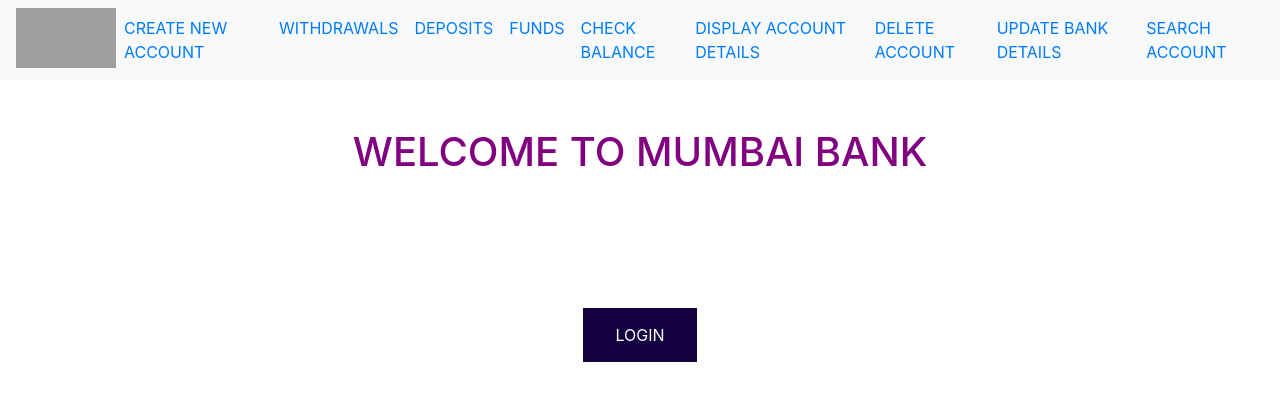
Repository: tumsare400/Adv-Java-Workspace
Page: http://localhost/bank-mvc/WEB-INF/jsp/index.jsp
The author's editor kept a copy of each file at every save. The page is drawn from the files as they stood at one save, then again after the next save.
The browser window is 1280 px wide. The pictures show the whole page.
Pictures or frames that could not be fetched are drawn as grey boxes. The page is served by Tomcat 9. Nobody is signed in. Other server files are loaded and not shown. The template is opened directly, without the code that normally fills it, so the values that code supplies are empty.

Above is the page before, as saved 2019-04-15 11:06:37.

### SpringMVC/bank-mvc/WebContent/WEB-INF/jsp/index.jsp
<%@ page language="java" contentType="text/html; charset=ISO-8859-1"
    pageEncoding="ISO-8859-1"%>
<!DOCTYPE html>
<html lang="en">
<head>
<title>HOME PAGE</title>
<meta charset="utf-8">
<meta name="viewport" content="width=device-width, initial-scale=1">
<link rel="stylesheet"
	href="https://maxcdn.bootstrapcdn.com/bootstrap/4.3.1/css/bootstrap.min.css">
<script
	src="https://ajax.googleapis.com/ajax/libs/jquery/3.3.1/jquery.min.js"></script>
<script
	src="https://cdnjs.cloudflare.com/ajax/libs/popper.js/1.14.7/umd/popper.min.js"></script>
<script
	src="https://maxcdn.bootstrapcdn.com/bootstrap/4.3.1/js/bootstrap.min.js"></script>
<style>
.button {
	background-color: rgb(21, 2, 65);
	border: none;
	color: white;
	padding: 15px 32px;
	text-align: center;
	text-decoration: none;
	display: inline-block;
	font-size: 16px;
	margin: 4px 2px;
	cursor: pointer;
}
</style>
</head>
<body>



	<div class="container"></div>
	<nav class="navbar navbar-expand-sm bg-light">

		<!-- Links -->


		<ul class="navbar-nav">
			<li class="nav-item"><img src="images/logo.jpg" width="100"
				height="60"></li>
			<li class="nav-item"><a class="nav-link" href="/spring-bankapp-mvc/app/bank/new_account">CREATE
					NEW ACCOUNT</a></li>
			<li class="nav-item"><a class="nav-link" href="/spring-bankapp-mvc/app/bank/withdrawPage">WITHDRAWALS</a>
			</li>
			<li class="nav-item"><a class="nav-link" href="/spring-bankapp-mvc/app/bank/depositPage">DEPOSITS</a>
			</li>
			<li class="nav-item"><a class="nav-link" href="/spring-bankapp-mvc/app/bank/fundsPage">FUNDS</a>
			</li>
			<li class="nav-item"><a class="nav-link" href="/spring-bankapp-mvc/app/bank/cbPage">CHECK
					BALANCE</a></li>
			<li class="nav-item"><a class="nav-link" href="/spring-bankapp-mvc/app/bank/dadPage">DISPLAY
					ACCOUNT DETAILS</a></li>
			<li class="nav-item"><a class="nav-link" href="/spring-bankapp-mvc/app/bank/deletePage">DELETE
					ACCOUNT</a></li>
			<li class="nav-item"><a class="nav-link" href="/spring-bankapp-mvc/app/bank/updatePage">UPDATE
					BANK DETAILS</a></li>
			<li class="nav-item"><a class="nav-link" href="/spring-bankapp-mvc/app/bank/searchAccountPage">SEARCH
					ACCOUNT </a></li>
		</ul>

	</nav>
	<br>
	<br>

	<CENTER>
		<h1>
			<font color="PURPLE">WELCOME TO MUMBAI BANK</font>
		</h1>
	</CENTER>
	<br>
	<br>
	<br>
	<br>
	<br>

	<center>
		<a href="login1.jsp" class="button"> LOGIN</a>
	</center>


</body>
</html>

After the next save:
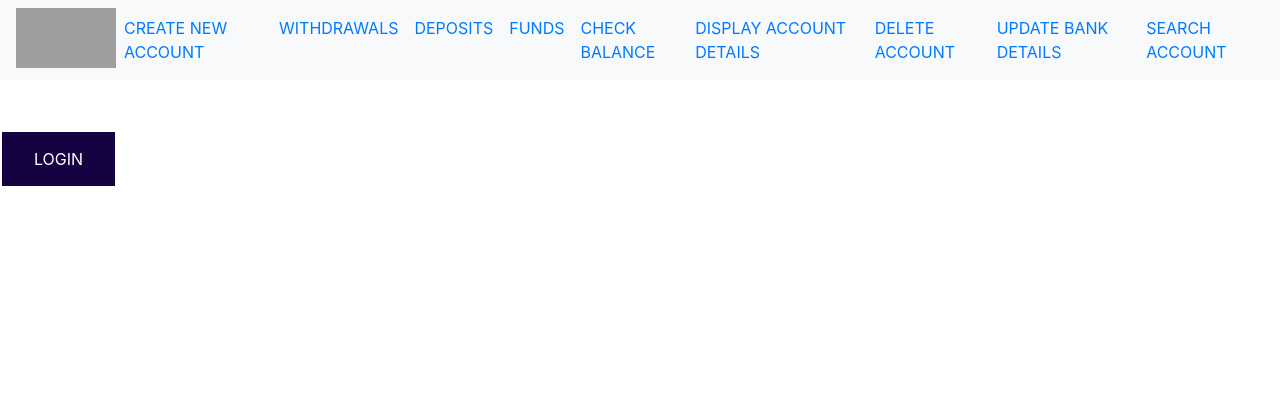
Saved 41 s later.
--- a/SpringMVC/bank-mvc/WebContent/WEB-INF/jsp/index.jsp
+++ b/SpringMVC/bank-mvc/WebContent/WEB-INF/jsp/index.jsp
@@ -65,22 +65,6 @@
 	</nav>
 	<br>
 	<br>
-
-	<CENTER>
-		<h1>
-			<font color="PURPLE">WELCOME TO MUMBAI BANK</font>
-		</h1>
-	</CENTER>
-	<br>
-	<br>
-	<br>
-	<br>
-	<br>
-
-	<center>
 		<a href="login1.jsp" class="button"> LOGIN</a>
-	</center>
-
-
 </body>
 </html>
